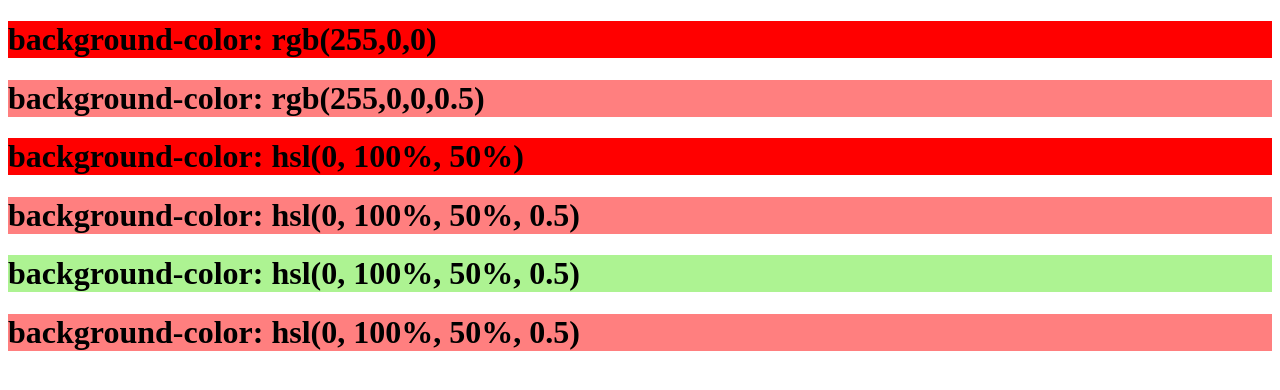
Repository: JeongminHW/Web_study
Page: HTML/myHTML/src/main/webapp/ch06/background-color.html
These files come from the project's save history. The page is drawn as it stood at one moment and after the next save; the edit follows.
The browser window is 1280 px wide. The pictures show the whole page.

Above is the page before, as saved 2024-07-10 06:30:05.

### HTML/myHTML/src/main/webapp/ch06/background-color.html
<!DOCTYPE html>
<html>
<head>
<meta charset="UTF-8">
<title>Insert title here</title>
</head>
<body>
	<h1 style="background-color: rgb(255,0,0)">background-color: rgb(255,0,0)</h1>
	<h1 style="background-color: rgb(255,0,0,0.5)">background-color: rgb(255,0,0,0.5)</h1>
	<h1 style="background-color: hsl(0, 100%, 50%)">background-color: hsl(0, 100%, 50%)</h1>
	<h1 style="background-color: hsl(0, 100%, 50%, 0.5)">background-color: hsl(0, 100%, 50%, 0.5)</h1>
	<h1 style="background-color: #adf392">background-color: hsl(0, 100%, 50%, 0.5)</h1>
	<h1 style="background-color: hsl(0, 100%, 50%, 0.5)">background-color: hsl(0, 100%, 50%, 0.5)</h1>
</body>
</html>

After the next save:
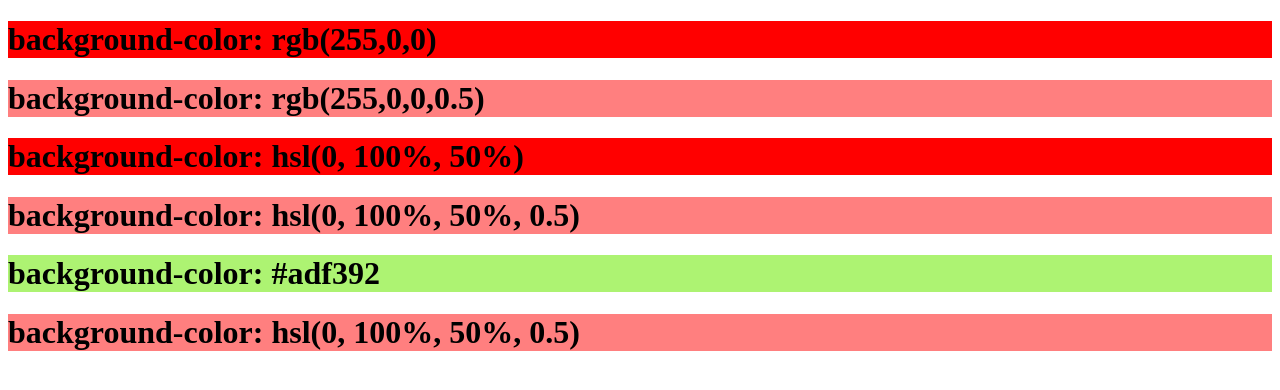
Saved 16 s later.
--- a/HTML/myHTML/src/main/webapp/ch06/background-color.html
+++ b/HTML/myHTML/src/main/webapp/ch06/background-color.html
@@ -9,7 +9,7 @@
 	<h1 style="background-color: rgb(255,0,0,0.5)">background-color: rgb(255,0,0,0.5)</h1>
 	<h1 style="background-color: hsl(0, 100%, 50%)">background-color: hsl(0, 100%, 50%)</h1>
 	<h1 style="background-color: hsl(0, 100%, 50%, 0.5)">background-color: hsl(0, 100%, 50%, 0.5)</h1>
-	<h1 style="background-color: #adf392">background-color: hsl(0, 100%, 50%, 0.5)</h1>
+	<h1 style="background-color: #adf372">background-color: #adf392</h1>
 	<h1 style="background-color: hsl(0, 100%, 50%, 0.5)">background-color: hsl(0, 100%, 50%, 0.5)</h1>
 </body>
 </html>
